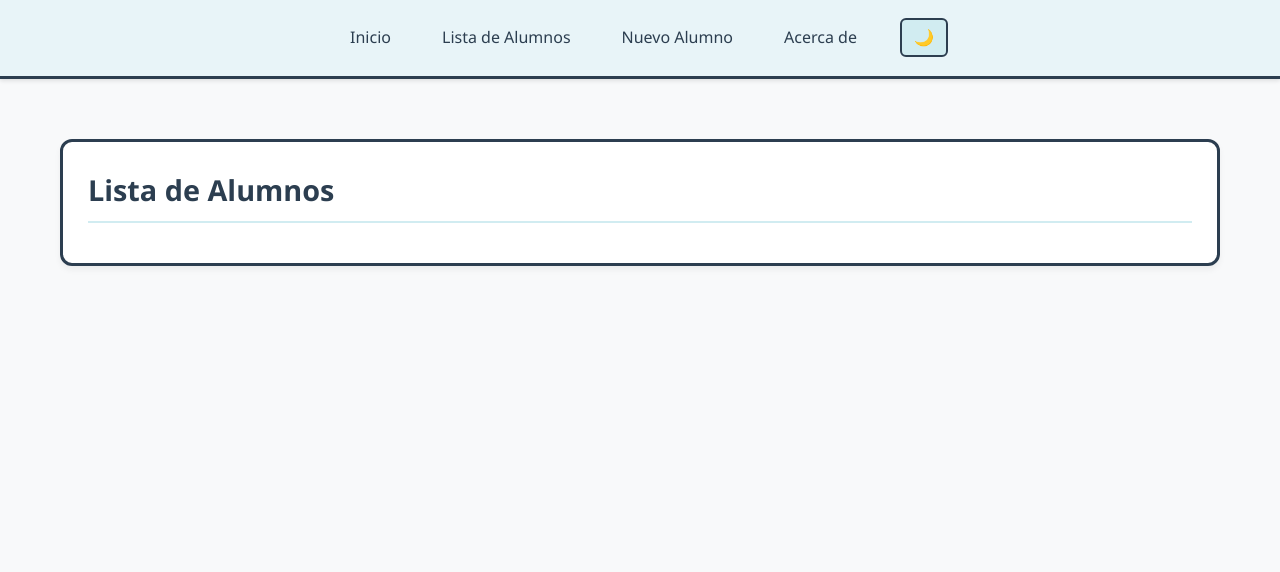
Repository: EduardTr48/pv_tp5_grupo4
Page: /alumnos
An editor plug-in stored every save of this project. The page is shown before and after the next save, followed by the edit.
The browser window is 1280 px wide. The pictures show the whole page.
The project was rebuilt for these pictures with package versions that can differ from the ones it lists, and the page was loaded fresh each time. Also part of the build but not shown: vite.config.js.

Above is the page before, as saved 2025-06-05 23:55:39.

### src/index.css
:root {
  font-family: 'Segoe UI', Tahoma, Geneva, Verdana, sans-serif;
  line-height: 1.6;
  font-weight: 400;

  /* Colores pasteles modo claro */
  --color-primary: #f8f9fa;
  --color-secondary: #e8f4f8;
  --color-accent: #d1ecf1;
  --color-border: #2c3e50;
  --color-text: #2c3e50;
  --color-text-light: #6c757d;
  --color-card-bg: #ffffff;
  --color-input-bg: #ffffff;
}

/* Modo oscuro con colores pasteles oscuros */
:root[data-theme="dark"] {
  --color-primary: #2d3748;
  --color-secondary: #4a5568;
  --color-accent: #718096;
  --color-border: #e2e8f0;
  --color-text: #f7fafc;
  --color-text-light: #cbd5e0;
  --color-card-bg: #4a5568;
  --color-input-bg: #2d3748;
}

* {
  margin: 0;
  padding: 0;
  box-sizing: border-box;
}

body {
  background-color: var(--color-primary);
  color: var(--color-text);
  font-size: 16px;
  min-height: 100vh;
}

#root {
  min-height: 100vh;
}

/* Contenedores principales */
.container {
  max-width: 1200px;
  margin: 0 auto;
  padding: 20px;
}

/* Navegación */
nav {
  background-color: var(--color-secondary);
  border-bottom: 3px solid var(--color-border);
  padding: 15px 20px;
  box-shadow: 0 2px 4px rgba(0,0,0,0.1);
  display: flex;
  justify-content: center;
  align-items: center;
  gap: 15px;
}

nav a {
  color: var(--color-text);
  text-decoration: none;
  padding: 8px 16px;
  border-radius: 6px;
  border: 2px solid transparent;
  transition: all 0.3s ease;
  font-weight: 500;
}

nav a:hover {
  background-color: var(--color-accent);
  border-color: var(--color-border);
}

/* Theme toggle button en navbar */
.theme-toggle-nav {
  background-color: var(--color-accent) !important;
  color: var(--color-text) !important;
  border: 2px solid var(--color-border) !important;
  padding: 8px 12px !important;
  border-radius: 6px !important;
  cursor: pointer;
  font-size: 16px !important;
  font-weight: 500 !important;
  transition: all 0.3s ease !important;
  margin-left: 10px;
}

.theme-toggle-nav:hover {
  background-color: var(--color-card-bg) !important;
  color: var(--color-text) !important;
  transform: scale(1.1) !important;
}

/* Títulos */
h1 {
  color: var(--color-text);
  font-size: 2.2em;
  margin-bottom: 20px;
  text-align: center;
  font-weight: 600;
}

h2 {
  color: var(--color-text);
  font-size: 1.8em;
  margin-bottom: 15px;
  border-bottom: 2px solid var(--color-accent);
  padding-bottom: 8px;
}

h3 {
  color: var(--color-text);
  font-size: 1.4em;
  margin-bottom: 12px;
}

/* Párrafos */
p {
  color: var(--color-text-light);
  margin-bottom: 12px;
  line-height: 1.8;
}

/* Contenedores con bordes */
.card {
  background-color: var(--color-card-bg);
  border: 3px solid var(--color-border);
  border-radius: 12px;
  padding: 25px;
  margin: 20px 0;
  box-shadow: 0 4px 6px rgba(0,0,0,0.05);
}

/* Botones */
button {
  background-color: var(--color-secondary);
  color: var(--color-text);
  border: 3px solid var(--color-border);
  padding: 10px 20px;
  border-radius: 8px;
  cursor: pointer;
  font-size: 16px;
  font-weight: 500;
  transition: all 0.3s ease;
}

button:hover {
  background-color: var(--color-accent);
  color: var(--color-text);
  transform: translateY(-1px);
}

/* Inputs */
input, select, textarea {
  border: 3px solid var(--color-border);
  border-radius: 6px;
  padding: 10px;
  font-size: 16px;
  background-color: var(--color-input-bg);
  color: var(--color-text);
  transition: border-color 0.3s ease;
}

input:focus, select:focus, textarea:focus {
  outline: none;
  border-color: var(--color-accent);
  box-shadow: 0 0 0 3px rgba(113, 128, 150, 0.3);
}

/* Labels */
label {
  color: var(--color-text);
  font-weight: 500;
}

/* Enlaces */
a {
  color: var(--color-text);
  text-decoration: none;
}

a:hover {
  color: var(--color-text-light);
}

/* Theme toggle button */
.theme-toggle {
  position: fixed;
  top: 20px;
  right: 20px;
  background-color: var(--color-accent);
  color: var(--color-text);
  border: 3px solid var(--color-border);
  padding: 12px 16px;
  border-radius: 8px;
  cursor: pointer;
  font-size: 14px;
  font-weight: 600;
  transition: all 0.3s ease;
  z-index: 1000;
}

.theme-toggle:hover {
  transform: scale(1.05);
  box-shadow: 0 4px 8px rgba(0,0,0,0.2);
}

### src/App.jsx
import { useState } from 'react'
import { BrowserRouter as Router, Routes, Route } from 'react-router-dom';
import NavBar from './components/NavBar.jsx';

const App = () => {
  const [count, setCount] = useState(0)

  const HomePage = () => (
    <div className="container">
      <div className="card">
        <h1>Bienvenido al Sistema de Gestión de Alumnos</h1>
        <p>Este sistema te permite administrar la información de los estudiantes de manera eficiente.</p>
        <p>Utiliza el menú de navegación para acceder a las diferentes funcionalidades.</p>
      </div>
    </div>
  );

  return (
    <Router>
      <NavBar />
      <div style={{ padding: '20px' }}>
        <Routes>
          <Route path="/" element={<HomePage />} />
          <Route path="/alumnos" element={<div className="container"><div className="card"><h2>Lista de Alumnos</h2></div></div>} />
          <Route path="/alumnos/nuevo" element={<div className="container"><div className="card"><h2>Nuevo Alumno</h2></div></div>} />
          <Route path="/acerca-de" element={<div className="container"><div className="card"><h2>Acerca de</h2></div></div>} />
        </Routes>
      </div>
    </Router>
  );
};

export default App

### src/components/NavBar.jsx
import React, { useState, useEffect } from 'react';
import { Link } from 'react-router-dom';

const NavBar = () => {
  const [isDarkMode, setIsDarkMode] = useState(false);

  // Evento sintético onClick para toggle del tema
  const handleThemeToggle = () => {
    setIsDarkMode(prevMode => !prevMode);
  };

  // Uso de evento nativo con addEventListener en useEffect
  useEffect(() => {
    // Evento nativo para detectar teclas (ejemplo: 'T' para toggle tema)
    const handleKeyPress = (event) => {
      if (event.key === 't' || event.key === 'T') {
        setIsDarkMode(prevMode => !prevMode);
      }
    };

    // Agregar event listener nativo
    document.addEventListener('keydown', handleKeyPress);

    // Cleanup del event listener
    return () => {
      document.removeEventListener('keydown', handleKeyPress);
    };
  }, []);

  // Aplicar el tema al documento
  useEffect(() => {
    document.documentElement.setAttribute('data-theme', isDarkMode ? 'dark' : 'light');
  }, [isDarkMode]);

  return (
    <nav>
      <Link to="/">Inicio</Link>
      <Link to="/alumnos">Lista de Alumnos</Link>
      <Link to="/alumnos/nuevo">Nuevo Alumno</Link>
      <Link to="/acerca-de">Acerca de</Link>

      {/* Botón toggle tema - evento onClick sintético */}
      <button
        className="theme-toggle-nav"
        onClick={handleThemeToggle}
        title="Cambiar tema (o presiona T)"
      >
        {isDarkMode ? '☀️' : '🌙'}
      </button>
    </nav>
  );
};

export default NavBar;

### src/components/ListaAlumnos.jsx
import React from 'react';
import alumnos from '../data/alumnosData.js';

const ListaAlumnos = () => {
  return (
    <div className="container">
      <div className="card">
        <h2>Lista de Alumnos</h2>

        {alumnos.length === 0 ? (
          <p>No hay alumnos registrados.</p>
        ) : (
          <div className="alumnos-grid">
            {alumnos.map((alumno, index) => (
              <div key={alumno.Lu} className="alumno-card">
                <h3>{alumno.nombre} {alumno.apellido}</h3>
                <div className="alumno-info">
                  <p><strong>LU:</strong> {alumno.Lu}</p>
                  <p><strong>Curso:</strong> {alumno.curso}</p>
                  <p><strong>Email:</strong> {alumno.email}</p>
                  <p><strong>Domicilio:</strong> {alumno.domicilio}</p>
                  <p><strong>Teléfono:</strong> {alumno.teléfono}</p>
                </div>
              </div>
            ))}
          </div>
        )}
      </div>
    </div>
  );
};

export default ListaAlumnos;

### src/data/alumnosData.js
const alumnos = [
  {
    Lu: "APU00001",
    nombre: "Juan",
    apellido: "Pérez",
    curso: "Primero",
    email: "juan.perez@mail.com",
    domicilio: "Calle Falsa 123",
    teléfono: "3884111222"
  },
  {
    Lu: "APU00002",
    nombre: "Ana",
    apellido: "García",
    curso: "Segundo",
    email: "ana.garcia@mail.com",
    domicilio: "Av. Siempre Viva 456",
    teléfono: "3884333444"
  },
  // se puede agregar más alumnos
];

export default alumnos;

Loaded but not shown: index.html (common file); src/main.jsx (common file)

After the next save:
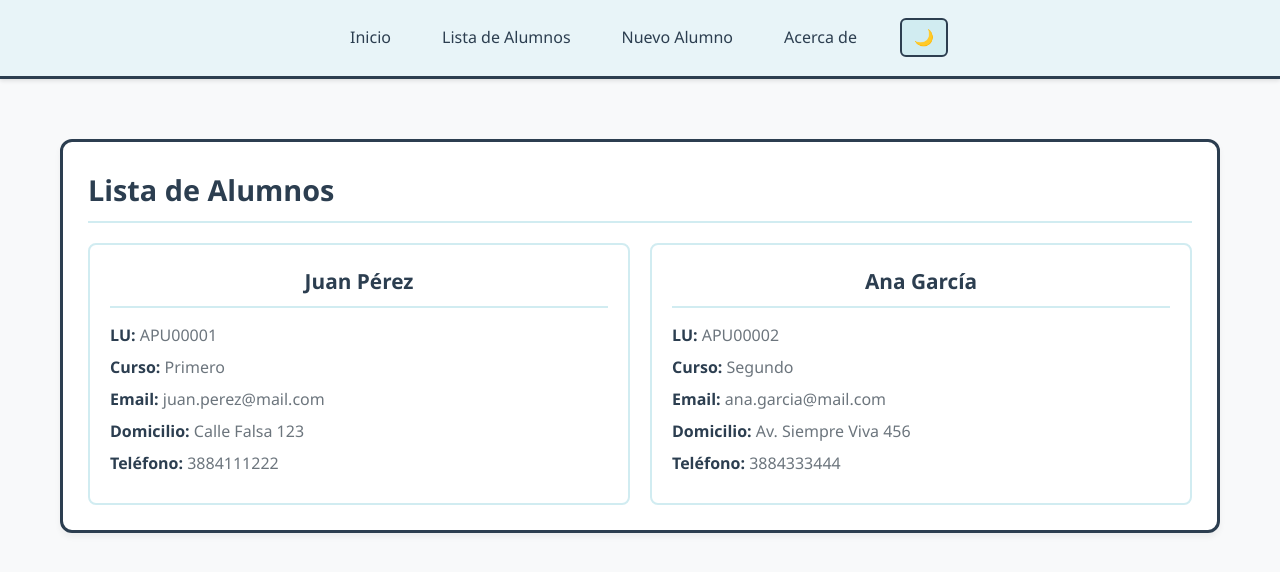
Saved 15 s later.
--- a/src/index.css
+++ b/src/index.css
@@ -210,3 +210,45 @@ a:hover {
   transform: scale(1.05);
   box-shadow: 0 4px 8px rgba(0,0,0,0.2);
 }
+
+/* Estilos para lista de alumnos */
+.alumnos-grid {
+  display: grid;
+  grid-template-columns: repeat(auto-fit, minmax(300px, 1fr));
+  gap: 20px;
+  margin-top: 20px;
+}
+
+.alumno-card {
+  background-color: var(--color-card-bg);
+  border: 2px solid var(--color-accent);
+  border-radius: 8px;
+  padding: 20px;
+  transition: all 0.3s ease;
+}
+
+.alumno-card:hover {
+  transform: translateY(-2px);
+  box-shadow: 0 4px 12px rgba(0,0,0,0.1);
+  border-color: var(--color-border);
+}
+
+.alumno-card h3 {
+  color: var(--color-text);
+  font-size: 1.3em;
+  margin-bottom: 15px;
+  text-align: center;
+  border-bottom: 2px solid var(--color-accent);
+  padding-bottom: 8px;
+}
+
+.alumno-info p {
+  margin-bottom: 8px;
+  color: var(--color-text-light);
+  line-height: 1.5;
+}
+
+.alumno-info strong {
+  color: var(--color-text);
+  font-weight: 600;
+}
--- a/src/App.jsx
+++ b/src/App.jsx
@@ -1,6 +1,7 @@
 import { useState } from 'react'
 import { BrowserRouter as Router, Routes, Route } from 'react-router-dom';
 import NavBar from './components/NavBar.jsx';
+import ListaAlumnos from './components/ListaAlumnos.jsx';
 
 const App = () => {
   const [count, setCount] = useState(0)
@@ -21,7 +22,7 @@ const App = () => {
       <div style={{ padding: '20px' }}>
         <Routes>
           <Route path="/" element={<HomePage />} />
-          <Route path="/alumnos" element={<div className="container"><div className="card"><h2>Lista de Alumnos</h2></div></div>} />
+          <Route path="/alumnos" element={<ListaAlumnos />} />
           <Route path="/alumnos/nuevo" element={<div className="container"><div className="card"><h2>Nuevo Alumno</h2></div></div>} />
           <Route path="/acerca-de" element={<div className="container"><div className="card"><h2>Acerca de</h2></div></div>} />
         </Routes>
